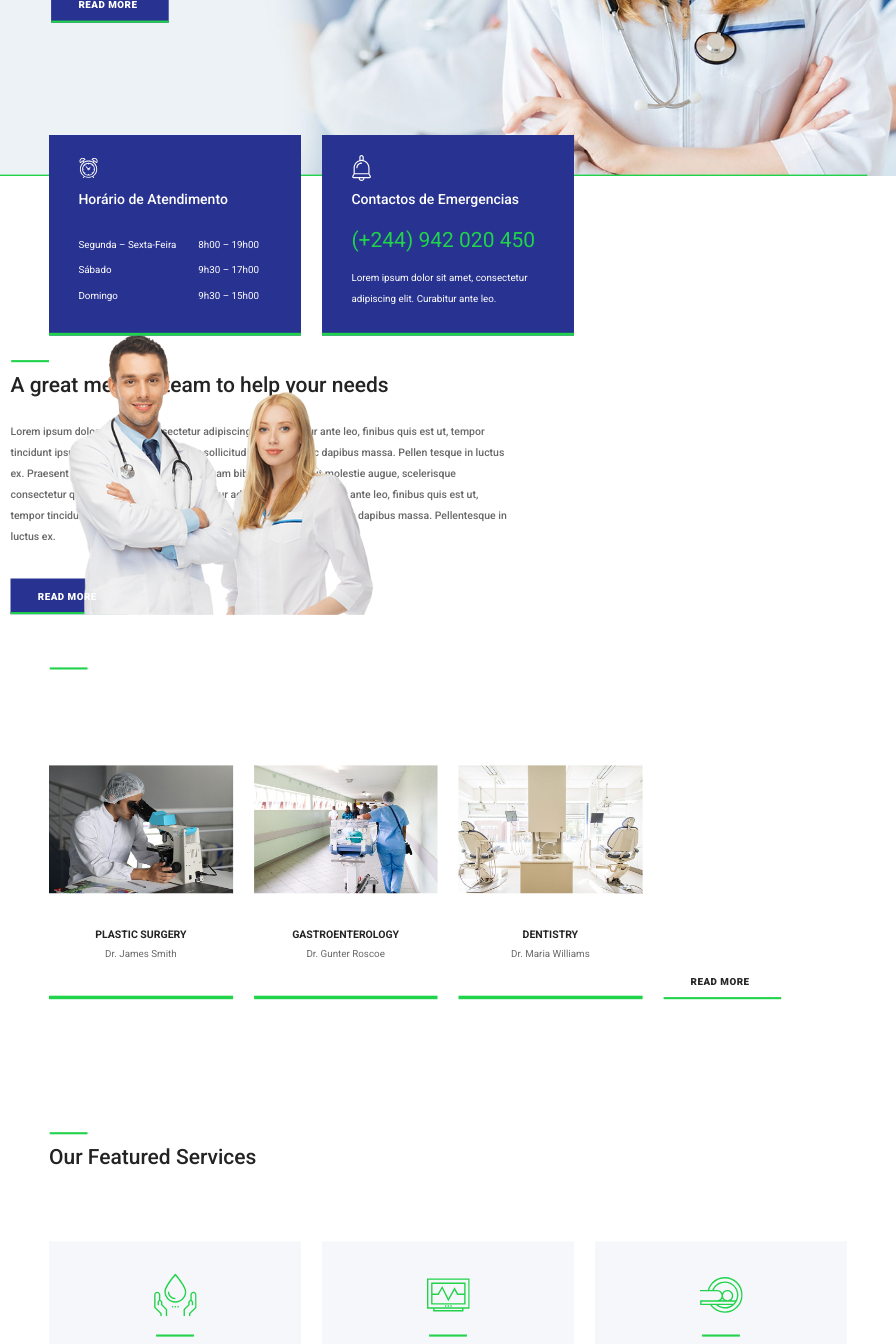
Repository: Nanitamo/centro-medico-eden-webpage
Page: index.html
The author's editor kept a copy of each file at every save. The page is drawn from the files as they stood at one save, then again after the next save.
The browser window is 1280 px wide. The pictures show the part of the page from y = 648 to 2568 px (the page is 4335 px tall before and 3972 px after), at 70% of full size.

Above is the page before, as saved 2020-06-18 15:54:21.

After the next save:
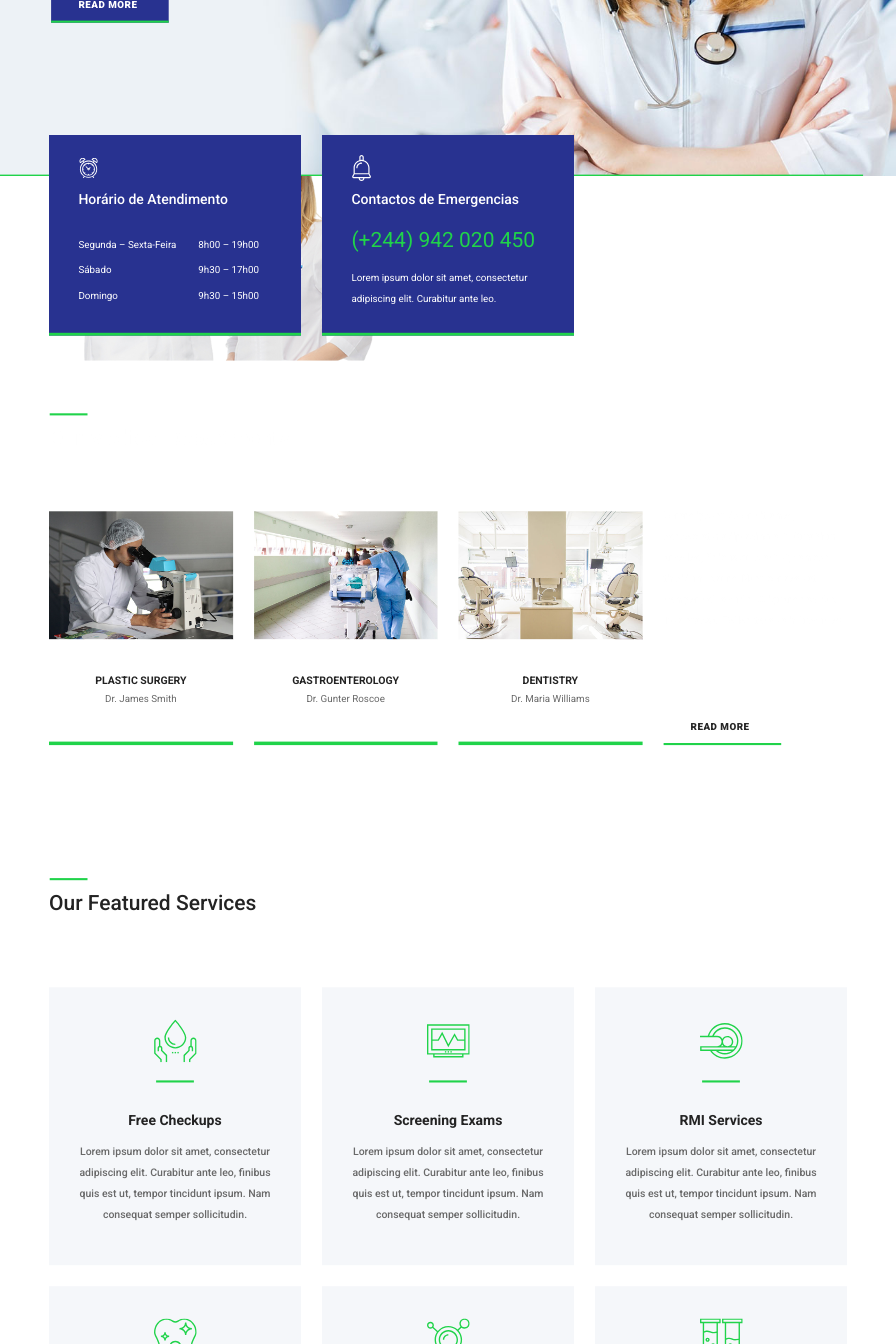
Saved 6 s later.
--- a/index.html
+++ b/index.html
@@ -254,7 +254,7 @@
 			<div class="row row-lg-eq-height"> -->
 
 				<!-- About Content -->
-				<div class="col-lg-7">
+				<!-- <div class="col-lg-7">
 					<div class="about_content">
 						<div class="section_title"><h2>A great medical team to help your needs</h2></div>
 						<div class="about_text">
@@ -264,7 +264,7 @@
 							<a href="#">read more</a>
 						</div>
 					</div>
-				</div>
+				</div> -->
 
 				<!-- About Image -->
 				<div class="col-lg-5">
